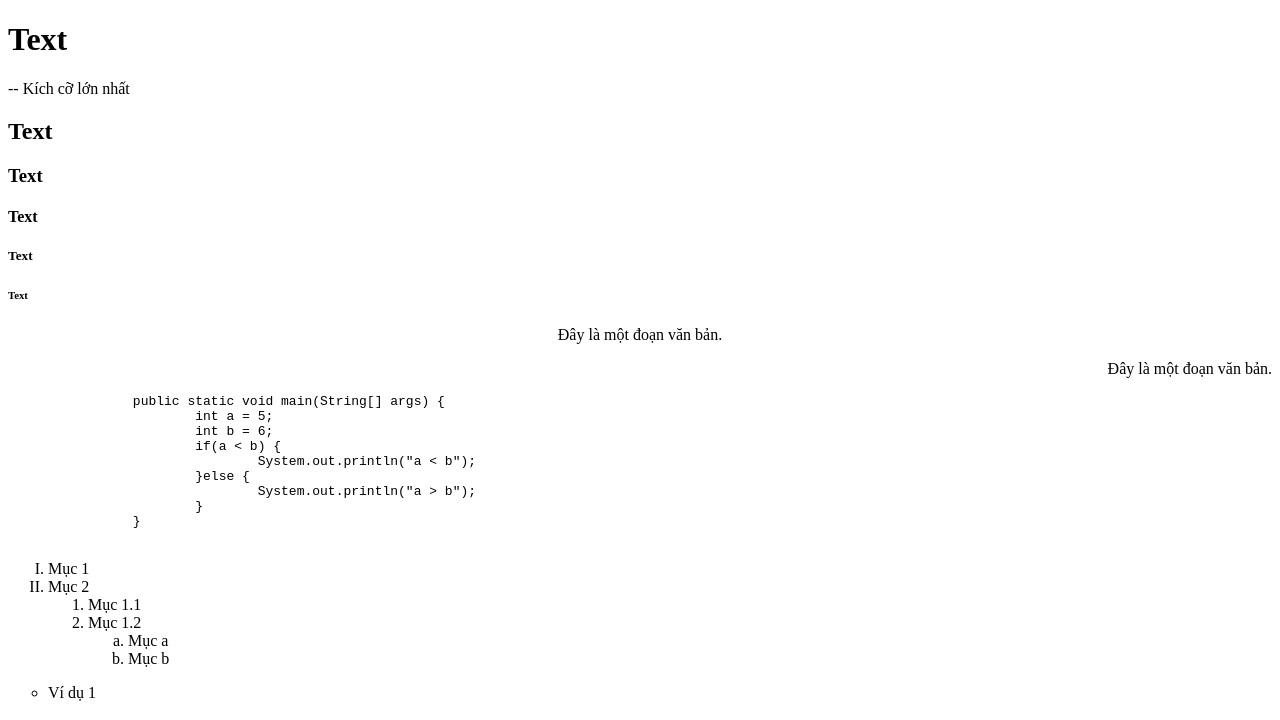
Repository: vnmk1/jsp_servlet-tutorials
Page: Bai2_HTML/src/main/webapp/vidu.html
An editor plug-in stored every save of this project. The page is shown before and after the next save, followed by the edit.
The browser window is 1280 px wide. The pictures show the whole page.

Above is the page before, as saved 2023-07-15 08:26:37.

### Bai2_HTML/src/main/webapp/vidu.html
<!DOCTYPE html>
<html>
<head>
<meta charset="UTF-8">
<title>Insert title here</title>
</head>
<body>
	<h1>Text</h1> -- Kích cỡ lớn nhất
	<h2>Text</h2>
	<h3>Text</h3>
	<h4>Text</h4>
	<h5>Text</h5>
	<h6>Text</h6>
	<p align = "center">
		Đây là một đoạn văn bản.
	</p>

	<p align = "right">
		Đây là một đoạn văn bản.
	</p>

	<pre>
		public static void main(String[] args) {
			int a = 5;
			int b = 6;
			if(a < b) {
				System.out.println("a < b");
			}else {
				System.out.println("a > b");
			}
		}
	</pre>

	<!-- List
		ol = order list
		ul = unorder list
	-->

	<ol type="I">
		<li>Mục 1</li>
		<li>Mục 2</li>
		<ol type="1">
			<li>Mục 1.1</li>
			<li>Mục 1.2</li>
			<ol type="a">
				<li>Mục a</li>
				<li>Mục b</li>
			</ol>
		</ol>
	</ol>

	<ul type = "circle">
		<li>
			Ví dụ 1
		</li>
	</ul>

</body>
</html>

After the next save:
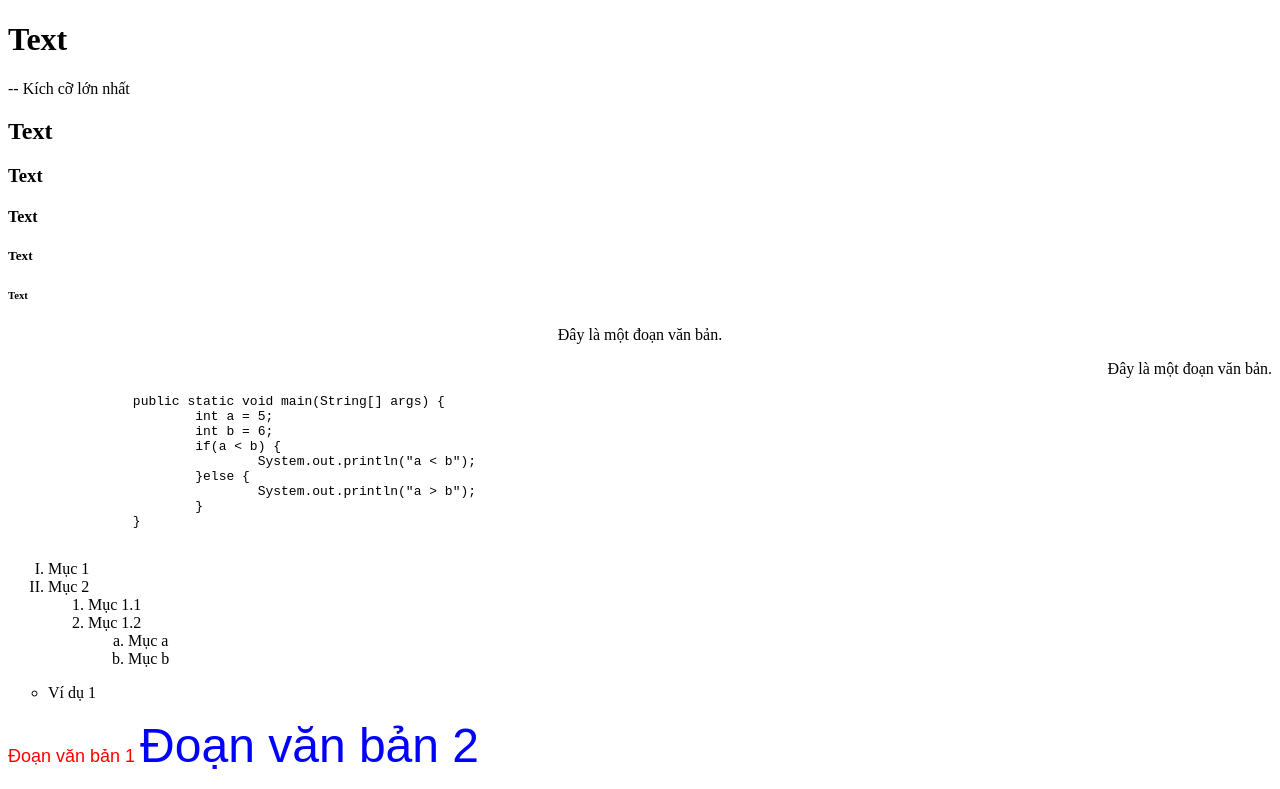
Saved 2 min 19 s later.
--- a/Bai2_HTML/src/main/webapp/vidu.html
+++ b/Bai2_HTML/src/main/webapp/vidu.html
@@ -54,6 +54,13 @@
 			Ví dụ 1
 		</li>
 	</ul>
-
+	<p>
+		<font color="red" size = "4" face = "arial">
+			Đoạn văn bản 1
+		</font>
+		<font color="blue" size = "10" face = "arial">
+			Đoạn văn bản 2
+		</font>
+	</p>
 </body>
 </html>
